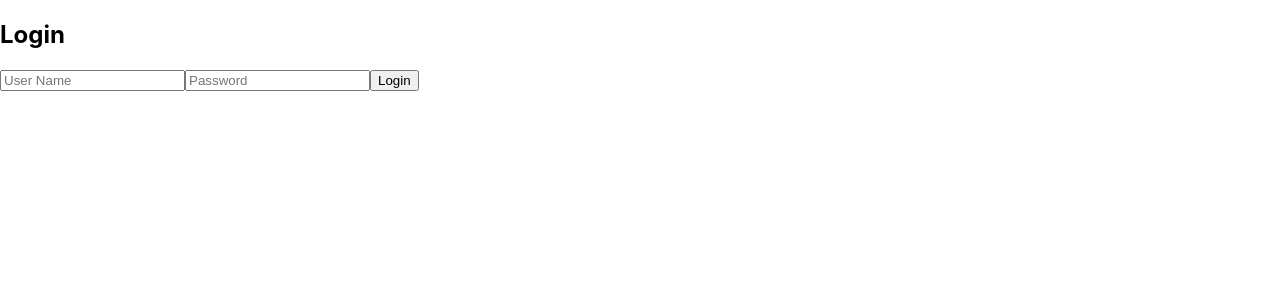
Repository: dechavez4/semester3_exam_frontend
Page: /
The author's editor kept a copy of each file at every save. The page is drawn from the files as they stood at one save, then again after the next save.
The browser window is 1280 px wide. The pictures show the whole page.
The project was rebuilt for these pictures with package versions that can differ from the ones it lists, and the page was loaded fresh each time. Also part of the build but not shown: src/App.css.

Above is the page before, as saved 2019-11-14 20:18:17.

After the next save:
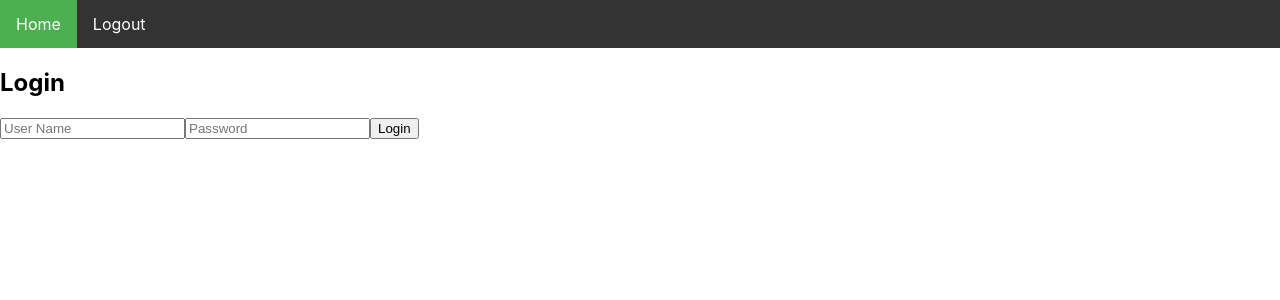
Saved 2 min 19 s later.
--- a/src/App.js
+++ b/src/App.js
@@ -27,6 +27,7 @@
 
   return (
     <div>
+      <HeaderStart />
       {!loggedIn ? (
         <LogIn login={login} />
       ) : (
@@ -97,21 +98,6 @@
         </NavLink>
       </li>
     </ul>
-  );
-};
-const ContentStart = () => {
-  return (
-    <Switch>
-      <Route exact path="/">
-        <Home />
-      </Route>
-      <Route path="/logout">
-        <Logout />
-      </Route>
-      <Route path="*">
-        <NoMatch />
-      </Route>
-    </Switch>
   );
 };
 

After the 4 saves that followed:
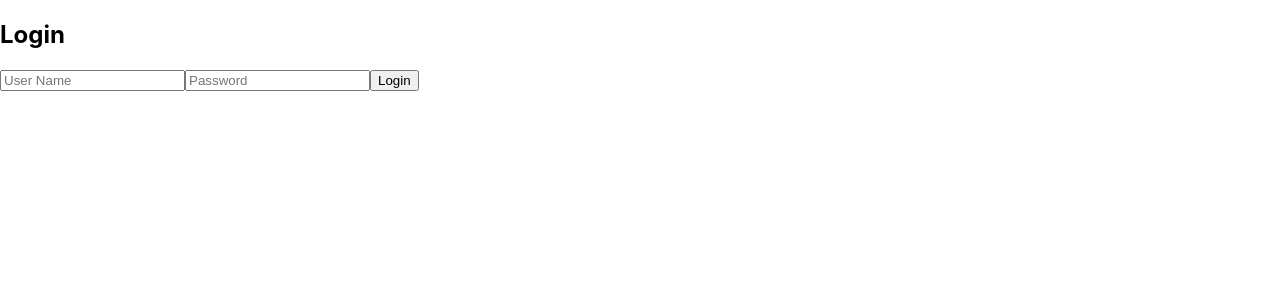
The 4 saves are shown as one change because 1 did not build or start and 2 left the picture as it was.
The last was saved 6 min 16 s later.
--- a/src/App.js
+++ b/src/App.js
@@ -27,9 +27,10 @@
 
   return (
     <div>
-      <HeaderStart />
       {!loggedIn ? (
-        <LogIn login={login} />
+        <div>
+          <LogIn login={login} />
+        </div>
       ) : (
         <div>
           <LoggedIn logout={logout} />
